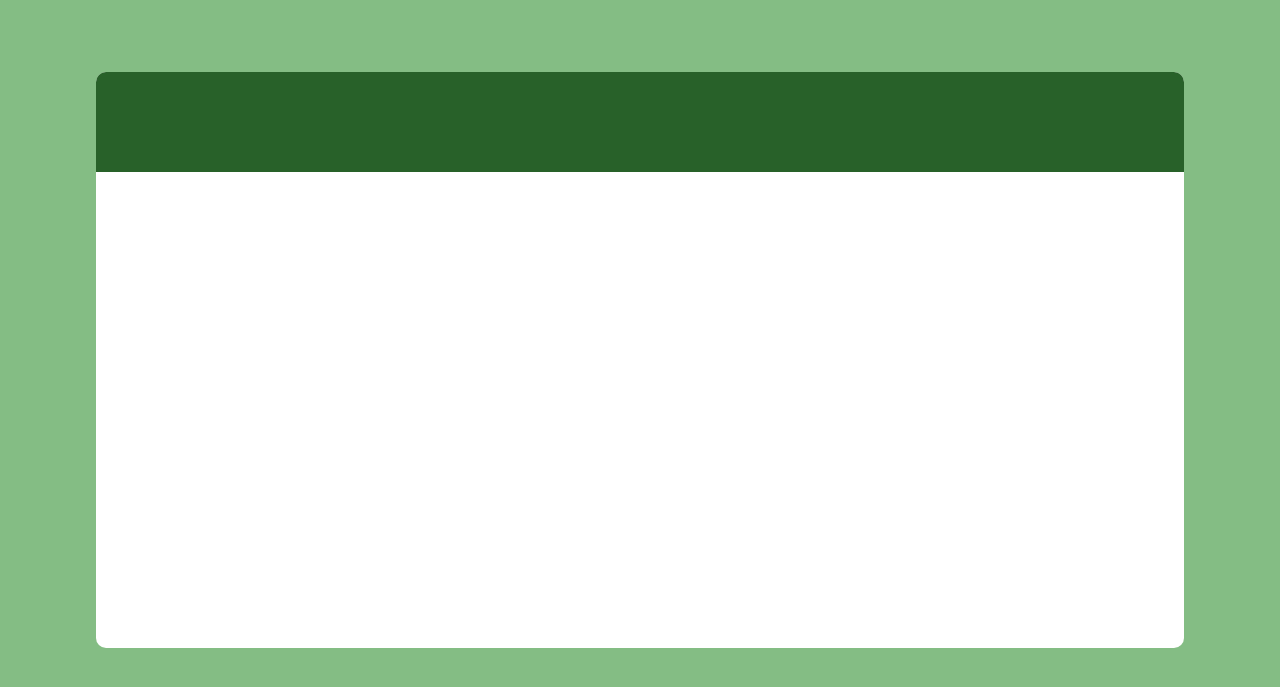
Repository: ketansharma22/BubbleGame
Page: index.html
These files come from the project's save history. The page is drawn as it stood at one moment and after the next save; the edit follows.
The browser window is 1280 px wide. The pictures show the whole page.

Above is the page before, as saved 2024-02-18 22:50:56.

### index.html
<!DOCTYPE html>
<html lang="en">
<head>
    <meta charset="UTF-8">
    <meta name="viewport" content="width=device-width, initial-scale=1.0">
    <title>BubbleGame</title>
    <link rel="stylesheet" href="styles.css">
</head>
<body>
    <div class="main">
        <div class="show">
            <div class="upper">

            </div>
        </div>
    </div>
</body>
</html>

### styles.css
*{
    margin: 0;
    padding: 0;
    box-sizing: border-box;
}
html,body{
    width: 100%;
    height: 100%;
}
.main{
    display: flex;
    justify-content: center;
    align-items: center;
    width: 100%;
    height: 100%;
    background-color: rgb(132, 189, 132);
}
.show{
    width: 85%;
    height: 80%;
    background-color: #fff;
    border-radius: 10px;
    overflow: hidden;
}
.upper{
    width: 100%;
    height: 100px;
    background-color:rgb(40, 97, 41);
}

After the next save:
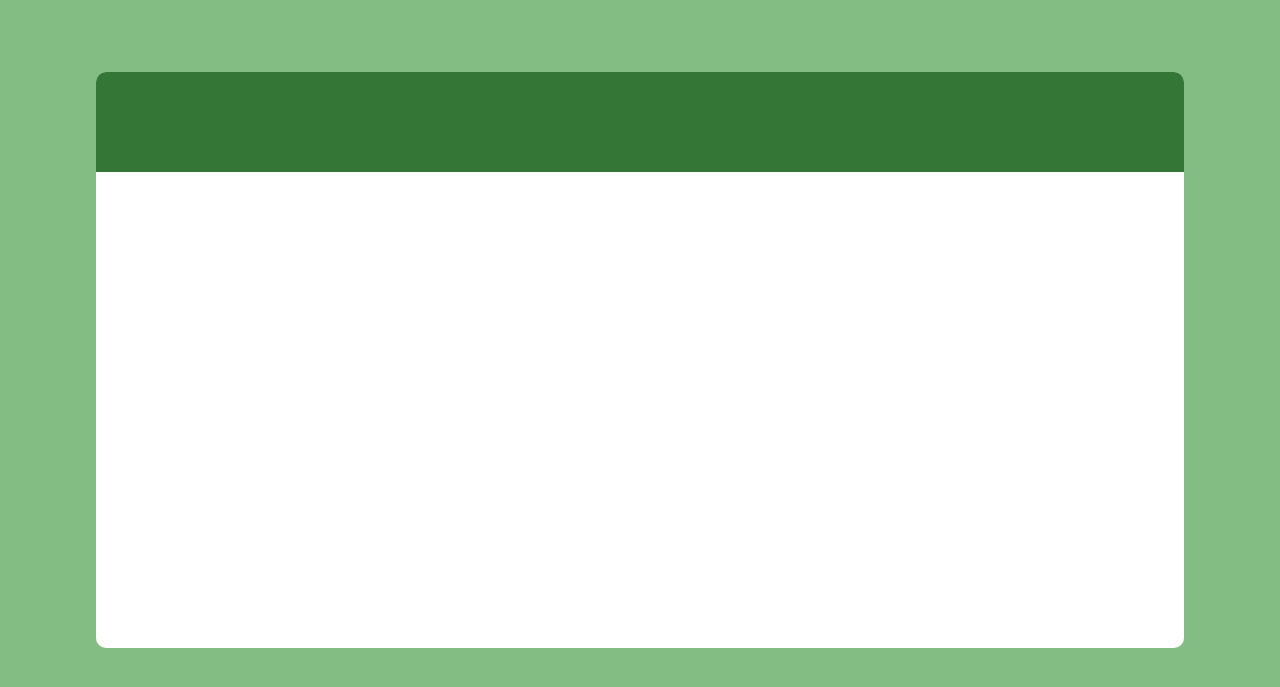
Saved 4 s later.
--- a/styles.css
+++ b/styles.css
@@ -25,5 +25,5 @@
 .upper{
     width: 100%;
     height: 100px;
-    background-color:rgb(40, 97, 41);
+    background-color:rgb(52, 118, 54);
 }

After the save that followed:
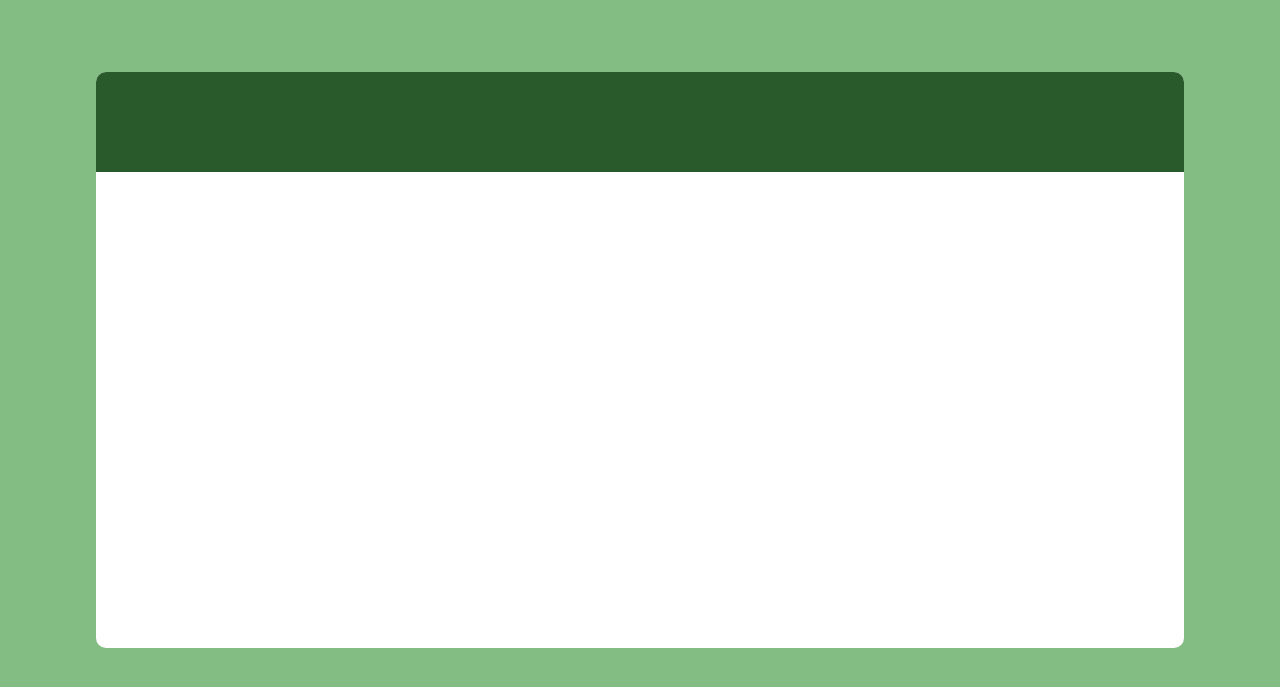
Saved 6 s later.
--- a/styles.css
+++ b/styles.css
@@ -25,5 +25,5 @@
 .upper{
     width: 100%;
     height: 100px;
-    background-color:rgb(52, 118, 54);
+    background-color:rgb(41, 90, 43);
 }
